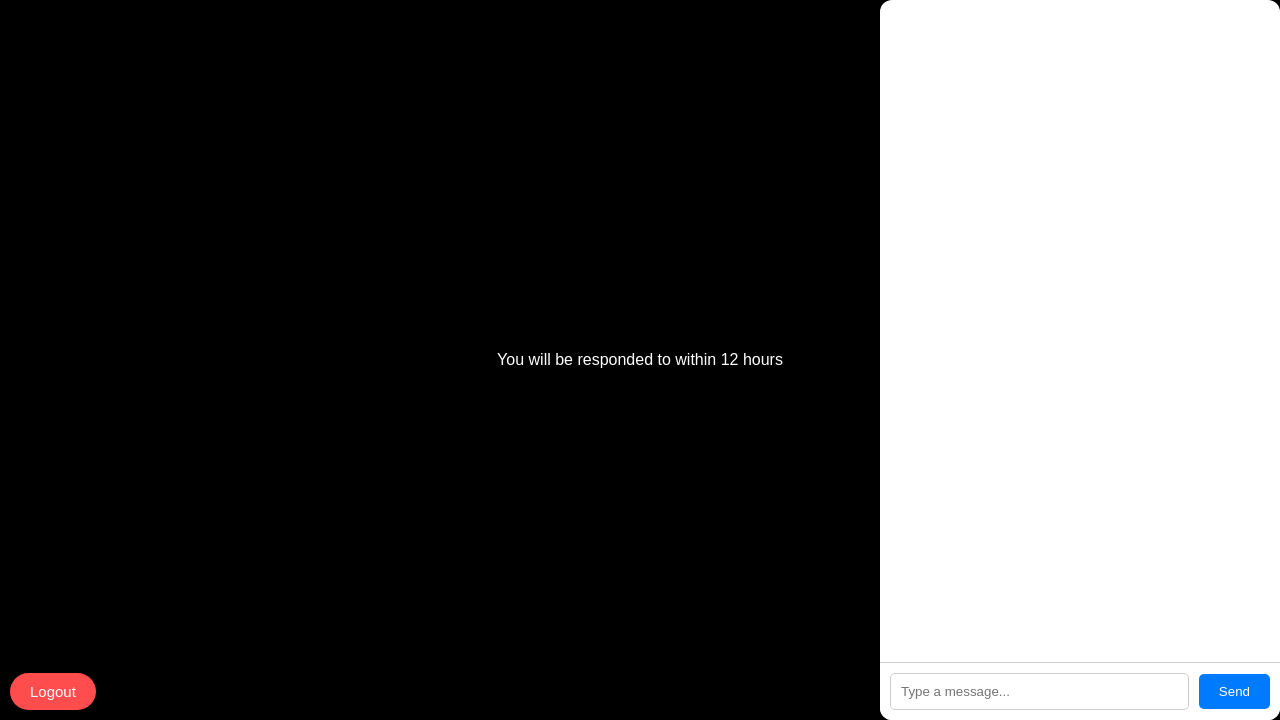
Repository: mdmisri/needy-talk
Page: /home (app in frontend/talk-d1/), after clicking the first element matching `div.card`
These files come from the project's save history. The page is drawn as it stood at one moment and after a run of saves; the edit follows.
The browser window is 1280 px wide. The pictures show the whole page.
The page's requests for data from a server got no answer. The project was rebuilt for these pictures with package versions that can differ from the ones it lists, and the page was loaded fresh each time. No one was signed in, and anything a server would have sent is missing. Also part of the build but not shown: frontend/talk-d1/src/components/Login/Login.js, frontend/talk-d1/src/components/Register/Register.js, frontend/talk-d1/src/components/Chat/styles/Message.css, frontend/talk-d1/src/components/Chat/Message.js, frontend/talk-d1/src/components/Chat/AdminChatBox.js.

Above is the page before, as saved 2024-07-31 09:24:11.

After the next 2 saves:
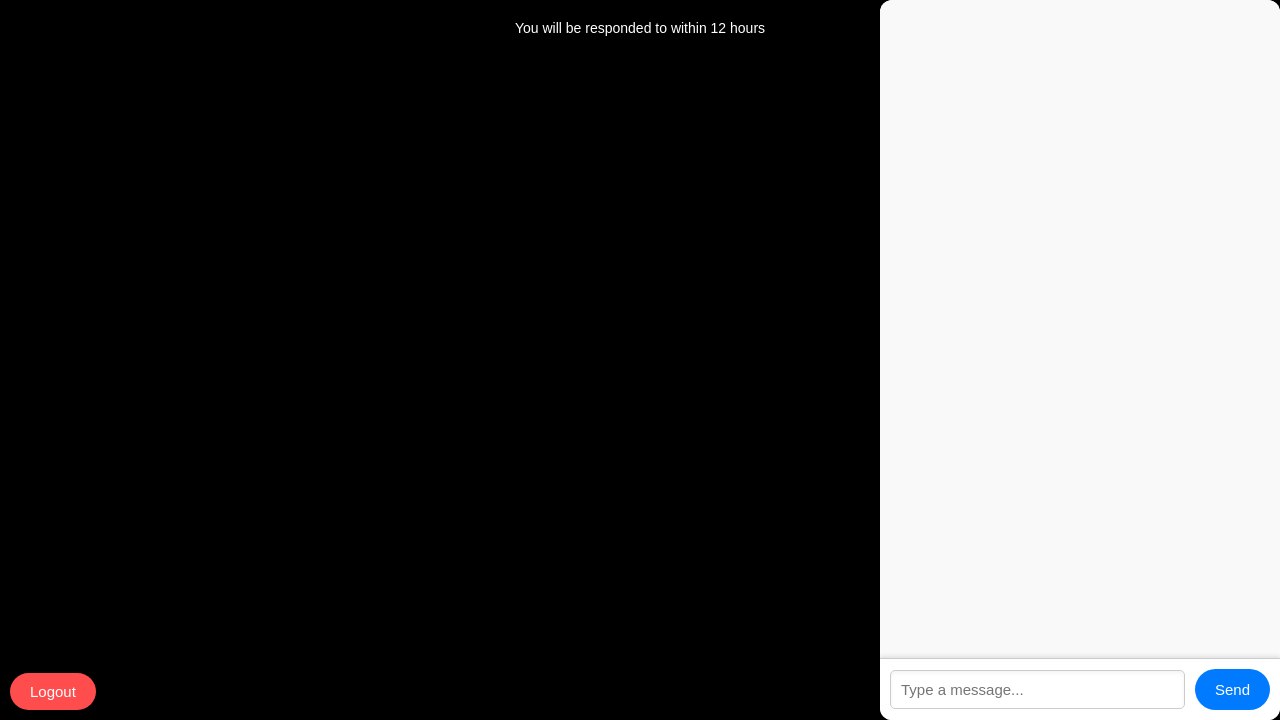
The 2 saves are shown as one change because they came seconds apart.
The last was saved 7 s later.
--- a/frontend/talk-d1/src/components/Chat/styles/ChatBox.css
+++ b/frontend/talk-d1/src/components/Chat/styles/ChatBox.css
@@ -14,7 +14,87 @@
     font-family: 'Segoe UI', Tahoma, Geneva, Verdana, sans-serif;
 }
 
-/* ... (other styles remain the same) ... */
+.messages {
+    flex: 1;
+    padding: 20px;
+    overflow-y: auto;
+    background-color: #f9f9f9;
+    border-top-left-radius: 12px;
+    border-top-right-radius: 12px;
+}
+
+.messages div {
+    margin-bottom: 12px;
+    padding: 12px 16px;
+    border-radius: 20px;
+    max-width: 75%;
+    line-height: 1.5;
+    font-size: 15px;
+    transition: background-color 0.3s;
+}
+
+.sent {
+    align-self: flex-end;
+    background-color: #e1f5fe;
+    color: #333;
+}
+
+.received {
+    align-self: flex-start;
+    background-color: #ffffff;
+    border: 1px solid #e0e0e0;
+    color: #333;
+}
+
+.input-area {
+    display: flex;
+    padding: 10px;
+    border-top: 1px solid #e0e0e0;
+    background-color: #ffffff;
+    box-shadow: 0 -2px 4px rgba(0, 0, 0, 0.1);
+}
+
+input {
+    flex: 1;
+    padding: 12px 20px;
+    border: 2px solid #e0e0e0;
+    border-radius: 25px;
+    font-size: 15px;
+    margin-right: 10px;
+    box-shadow: inset 0 2px 4px rgba(0, 0, 0, 0.05);
+    transition: border-color 0.3s, box-shadow 0.3s;
+}
+
+input:focus {
+    outline: none;
+    border-color: #007bff;
+    box-shadow: 0 0 5px rgba(0, 123, 255, 0.5);
+}
+
+.send-button {
+    padding: 12px 20px;
+    border: none;
+    border-radius: 25px;
+    background-color: #007bff;
+    color: #ffffff;
+    font-size: 15px;
+    cursor: pointer;
+    transition: background-color 0.3s;
+}
+
+
+
+.notification-text {
+    position: absolute;
+    top: 10px;
+    left: 50%;
+    transform: translateX(-50%);
+    background-color: #000;
+    color: #fff;
+    padding: 10px 20px;
+    border-radius: 10px;
+    font-size: 14px;
+}
 
 .logout-button {
     position: absolute;
